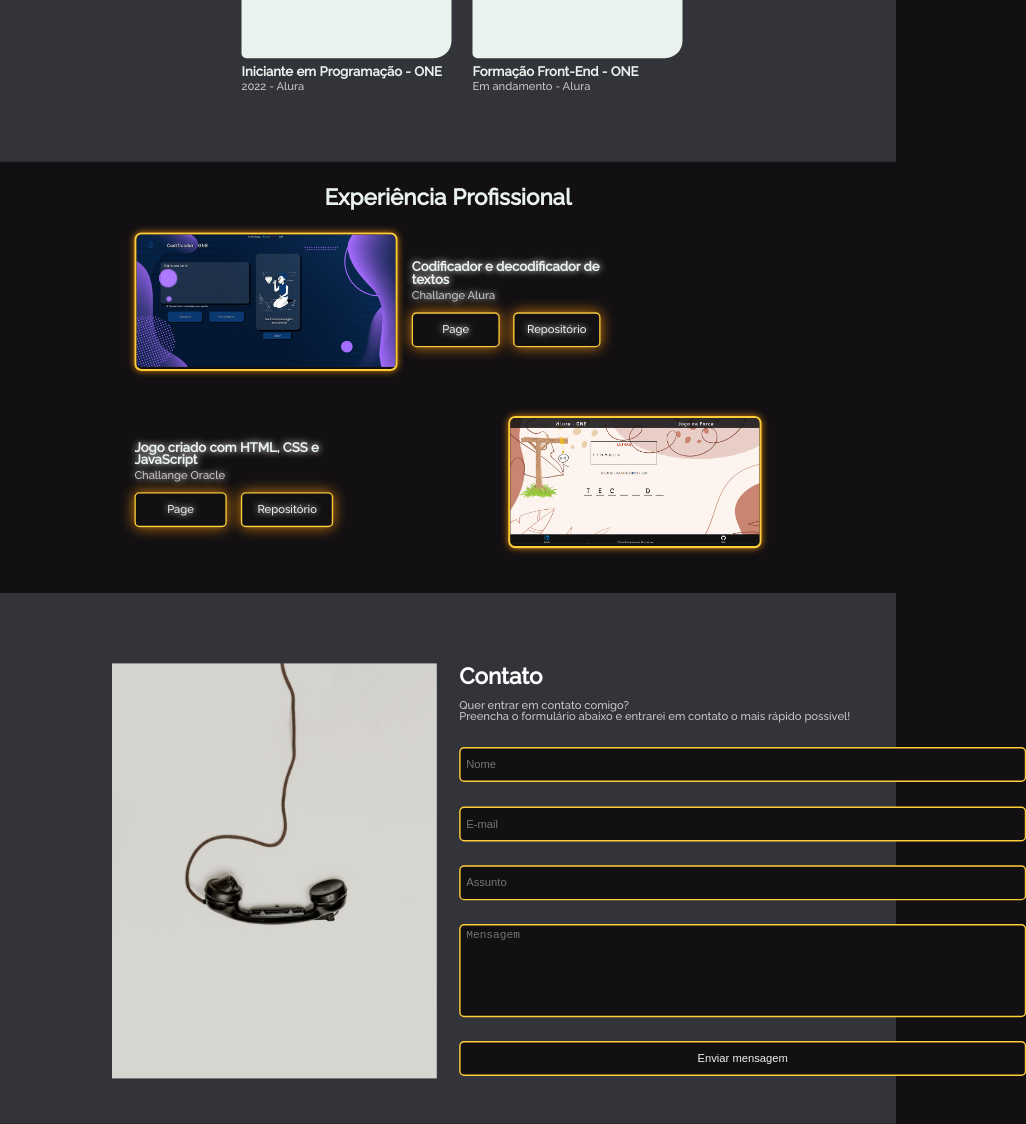
Repository: GabbLps/Portfolio
Page: index.html
An editor plug-in stored every save of this project. The page is shown before and after the next save, followed by the edit.
The browser window is 1280 px wide. The page is 1466 px wide, so the pictures cover 1466 px, including what lies to the right of the window. The pictures show the part of the page from y = 1913 to 3593 px (the page is 3518 px tall before and 3593 px after), at 70% of full size.

Above is the page before, as saved 2022-07-04 14:08:02.

### index.html
<!DOCTYPE html>
<html lang="en">
<head>
    <meta charset="UTF-8">
    <meta http-equiv="X-UA-Compatible" content="IE=edge">
    <meta name="viewport" content="width=device-width, initial-scale=1.0">

    <!-- Folha de estilo de CSS Linkado -->
    <link rel="stylesheet" href="style.css">

    <link rel="preconnect" href="https://fonts.googleapis.com">
    <link rel="preconnect" href="https://fonts.gstatic.com" crossorigin>

    <!-- Fonte do Projeto Raleway -->
    <link href="https://fonts.googleapis.com/css2?family=Raleway:wght@500&display=swap" rel="stylesheet">

    <title>Portifólio Pessoal</title>
</head>
<body>
    <!-- Menu Principal Header-->
        <header>
            <section class="menu">
                <img class="img__menu" src="assets\vector.png">
                <h3 class="menu__title">José Gabriel de Araújo Lopes</h3>
            </section>
            <nav>
                <ul class="menu__list">
                    <li class="menu__list__item"><a href="#sobremim">Sobre mim</a></li>
                    <li class="menu__list__item"><a href="#skills">Skills</a></li>
                    <li class="menu__list__item"><a href="#hobbies">Hobbies</a></li>
                    <li class="menu__list__item"><a href="#formacao">Formações e Cursos</a></li>
                    <li class="menu__list__item"><a href="#xp">Experiência</a></li>
                    <li class="menu__list__item"><a href="#contato"><b>jhosegabriel95@gmail.com</b></a></li>
                </ul>
            </nav>
        </header>

        <!-- Sessão de Title/Hero -->
        <section class="title">
            <div class="title__div">
                <img class="title__profile" src="assets\profile.jpg">
                <div class="title__container" id="#sobremim">
                    <h2 class="title__bio">Aooba!, me chamo <span>José Gabriel</span> e serei um futuro desenvolvedor!</h2>
                    <p class="title__subsection">No momento sou menor aprendiz na área de TI e estou participando do projeto Oracle ONE na Alura.</p>
                    <ul class="title__social__media">
                        <li class="title__social__media__item"><a href="https://github.com/GabbLps" target="_blank">Github <img src="assets\arrow.png"> </a></li>
                        <li class="title__social__media__item"><a href="https://www.linkedin.com/in/josegabrielalopes/" target="_blank">Linkedin <img src="assets\arrow.png"></a></li>
                        <li class="title__social__media__item"><a href="https://www.instagram.com/gabbriel.lps/" target="_blank">Instagram <img src="assets\arrow.png"></a></li>
                        <li class="title__social__media__item"><a href="curriculo.pdf" target="_blank">Curriculo <img src="assets\arrow.png"></a></li>
                    </ul>
                </div>
            </div>
        </section>

        <!-- Sessão sobre mim -->
        <section class="about">
            <div class="about__container">
                <h3 class="about__title">Sobre mim</h3>
                <p class="about__paragraph">Atualmente trabalhando como Menor Aprendiz na área de TI, meu foco é ser um desenvolvedor full stack, pretendo ingressar num curso tecnólogo em Análise e Desenvolvimento de Sistemas e me especializar no que eu mais gostar, com foco no back-end! </p>
                <p class="about__paragraph">Sou uma pessoa empenhada,
                    busco sempre melhorias, formas de automatizar as coisas, ou deixarem mais fáceis, inclusive tenho fácil aprendizagem e gosto de aprender coisas novas..</p>
            </div>
        </section>

        <!-- Sessão de Skills/Habilidades -->
        <section class="skills">
            <h3 class="skills__title" id="skills">Skills</h3>
                <div class="skills__content">
                    <div class="skills__caixa">
                        <ul>
                            <li class="skills__img"><img src="assets\htlm.png" alt=""></li>
                            <li class="skills__name">Html 5</li>
                        </ul>
                    </div>
                    <div class="skills__caixa">
                        <ul>
                            <li class="skills__img"> <img src="assets\css_icon.png" alt=""> </li>
                            <li class="skills__name">CSS</li>
                        </ul>
                    </div>
                    <div class="skills__caixa">
                        <ul>
                            <li class="skills__img"> <img src="assets\js_icon.png" alt=""></li>
                            <li class="skills__name">Javascript</li>
                        </ul>
                    </div>
                    <div class="skills__caixa">
                        <ul>
                            <li class="skills__img"></li>
                                <div class="gitehub">
                                    <img src="assets\git_icon.png" alt="" class="github">
                                    <img src="assets\github_icon.png" alt="" class="github">
                                </div>
                            <li class="skills__name">Git & GitHub</li>
                        </div>
                    </div>
                </div>
        </section>

        <!-- Sessão de Hobbies -->

        <section class="hobbies" id="hobbies">
            <h3 class="hobbies__title">Hobbies</h3>
                <div class="hobbies__content">
                    <div class="hobbies__caixa">
                        <ul>
                            <li class="hobbies__img"> <img src="assets\headphones_icon.png" alt=""></li>
                            <li class="hobbies__name">Ouvir música</li>
                        </ul>
                    </div>
                    <div class="hobbies__caixa">
                        <ul>
                            <li class="hobbies__img"><img src="assets\tv_icon.png" alt=""></li>
                            <li class="hobbies__name">Assistir</li>
                        </ul>
                    </div>
                    <div class="hobbies__caixa">
                        <ul>
                            <li class="hobbies__img"> <img src="assets\play_icon.png" alt=""> </li>
                            <li class="hobbies__name">Jogar</li>
                        </ul>
                    </div>
                    <div class="hobbies__caixa">
                        <ul>
                            <li class="hobbies__img"> <img src="assets\exercise_icon.png" alt=""> </li>
                            <li class="hobbies__name">Fazer exercícios</li>
                        </ul>
                    </div>
                    <div class="hobbies__caixa">
                        <ul>
                            <li class="hobbies__img"> <img src="assets\study_icon.png" alt=""> </li>
                            <li class="hobbies__name">Estudar</li>
                        </ul>
                    </div>
            </div>
        </section>

        <!-- Sessão Historico Acadêmico -->

        <section class="academic" id="academic">
            <div class="academic__container">
                <h3 class="academic__title">Formação</h3>
                <div class="academic__content">
                    <ul>
                        <li class="academic__item">
                            <div class="academic__item__img">
                                <img src="assets/alura_one.png" alt="">
                            </div>
                            <div class="academic__item__info">
                                <h3>Iniciante em Programação - ONE</h3>
                                <span>2022 - Alura</span>
                            </div>
                        </li>

                        <li class="academic__item">
                            <div class="academic__item__img">
                                <img src="assets/alura_one.png" alt="">
                            </div>
                            <div class="academic__item__info">
                                <h3>Formação Front-End - ONE</h3>
                                <span>Em andamento - Alura</span>
                            </div>
                        </li>
                    </ul>


                    </div>
                </div>
            </div>
        </section>

        <!-- Sessão de Experiência Profissional/Projetos-->

        <section id="projects">
            <div class="projects__container">
                <h3 class="projects__title">Experiência Profissional</h3>
                <div class="projects">
                    <div class="projects__content">
                        <div class="project__item">
                            <img src="/assets/decode_project.png" alt="">
                        </div>
                        <div class="project__info">
                            <h3>Codificador e decodificador de textos</h3>
                            <span>Challange Alura</span>
                            <div class="buttons">
                                <a href="https://gabblps.github.io/Decodificador-ONE-Challange-Alura/" target="_blank">Page</a>
                                <a href="https://github.com/GabbLps/Decodificador-ONE-Challange-Alura" target="_blank">Repositório</a>
                            </div>
                        </div>
                    </div>

                    <div class="projects__content">
                        <div class="project__info">
                            <h3>Jogo criado com HTML, CSS e JavaScript</h3>
                            <span>Challange Oracle</span>
                            <div class="buttons">
                                <a href="https://gabblps.github.io/Jogo-da-Forca-ONE-Challange-Alura/" target="_blank">Page</a>
                                <a href="https://github.com/GabbLps/Jogo-da-Forca-ONE-Challange-Alura" target="_blank">Repositório</a>
                            </div>
                        </div>
                        <div class="project__item">
                            <img src="/assets/forca_project.png" alt="">
                        </div>
                    </div>
                </div>
            </div>

        </section>

        <!-- Sessão Contato -->

        <section id="contact">
            <div class="contact__container">
                <div class="contact">
                    <img class="img__contact" src="assets/contact_image.png" alt="#">
                    <div class="contact__content">
                        <h3 class="contact__title">Contato</h3>
                        <p>Quer entrar em contato comigo?<br>
                            Preencha o formulário abaixo e entrarei em contato o mais rápido possível!
                        </p>
                        <form action="" class="formulario">
                            <input type="text" placeholder="Nome" minlength="3" maxlength="50" required>
                            <input type="email" placeholder="E-mail" required>
                            <input type="text" placeholder="Assunto" required>
                            <textarea placeholder="Mensagem" required></textarea>
                            <input type="submit" value="Enviar mensagem">
                        </form>
                    </div>
                </div>
            </div>
        </section>

        <!-- Footer -->
        <footer>

        </footer>
</body>
</html>

### style.css
:root{

    /* --cor-de-fundo: #F5F5F5;
    --cor-de-fundo-secundaria: #EAF2FD;
    --cor-de-link: #000;
    --cor-de-titulos: #464646;
    --cor-fundo-azul: #EAF2ED;
    --cor-titulos-principais: #000;
    --azul-botoes: #2A74E4;
    --cor-caixas: #FFF; */

    --cor-de-fundo: #121013;
    --cor-de-fundo-secundaria: #33343a;
    --cor-de-link: #FFCD38;
    --cor-hover: #d37d0c;
    --cor-de-titulos: #cac7c7;
    --cor-fundo-azul: #EAF2ED;
    --cor-titulos-principais: #fbfbfbe8;
    --azul-botoes: #2A74E4;
    --cor-caixas: #33343a;

    /* Cores legais
    5e666d
    33343a
     */
}

html {
    background-color: var(--cor-de-fundo);
}

body {
    box-sizing: border-box;
    background-color: var(--cor-de-fundo) ;
    font-family: 'Raleway';
    margin: 0;
    padding: 0;
    line-height: 1;
}

ol, ul,li {
    list-style: none;
}

a{
    text-decoration: none;
    color: var(--cor-de-link);
}
a:hover{
    color: var(--cor-hover);
}

/*Sessão Menu*/

header {
    display: flex;
    justify-content: space-between;
    align-items: center;
    align-content: flex-end;
    height: 10vh;
    width: auto;
    margin: 0 153px;
}

.menu {
    display: flex;
    align-items: center;
    font-weight: 700;
}

.menu__title {
    color: var(--cor-de-link);
    text-shadow: 0px 0px 15px #FFF;
}

header section img {
    margin-right: 13px;
    user-select: none;
}

/* Sessão lista de navegação  */

nav ul.menu__list {
    display: flex;
    justify-content: space-between;
    width: 780px;
    font-size: 16px;
    text-decoration: underline;
}

/*Sessão Title*/

div.title__div{
    display: flex;
    flex-direction: row-reverse;
    justify-content: space-around;
    align-content: center;
    margin: 0 auto;
}

div.title__container{
    width: 900px;
}

div.title__container h2{
    font-size: 56px;
    font-weight: 700;
    line-height: 65px;
}

section.title{
    margin: 32px 0;
}

div h2.title__bio{
    color: var(--cor-titulos-principais);
}

div h2.title__bio span {
    text-shadow: 0px 0px 30px var(--cor-de-link);
}

.title__subsection {
    font-size: 22px;
    color: var(--cor-de-titulos);
    font-weight: 400;
    line-height: 22px;
}

.title__profile{
    width: 368px;
    height: 368px;
    border-radius: 50%;
    border: solid 3px var(--cor-de-link);
    box-shadow: 0px 0px 12px 5px var(--cor-de-link);
    transition: 0.3s;
}

ul.title__social__media{
    display: flex;
    flex-direction: row;
    gap: 32px;
    padding: 0;
    font-weight: 500;
}

ul li.title__social__media__item{
    font-size: 16px;
    font-weight: 500;
}

/* Sessão about */

section.about{
    width: auto;
    height: 383px;
    background-color: var(--cor-de-fundo-secundaria);
    color: var(--cor-de-titulos);
    padding-top: 20px;
    padding-left: 150px;
}

/* Container sessão about me */

div.about__container{
    max-width: 920px;
}

.about__title {
    color: var(--cor-titulos-principais);
    font-size: 32px;
    font-weight: 700;
}

.about__paragraph{
    font-size: 16px;
    line-height: 16px;
    font-weight: 400;
    margin-bottom: 32px;
}

/* Sessão skills e hobbies */

section.hobbies {
    padding: 32px;
    padding-bottom: 100px;
}

/* TITULOS  */

.skills__title, .hobbies__title, .academic__title ,.projects__title {
    text-align: center;
    font-size: 32px;
    line-height: 37px;
    font-weight: 700;
    color: var(--cor-fundo-azul);
    margin-top: 32px;
}

div.skills__content, div.hobbies__content{
    display: flex;
    justify-content: center;
    gap: 15px;
}

div.skills__caixa, div.hobbies__caixa{
    display: flex;
    flex-direction: column;
    justify-content: flex-end;
    align-items: flex-start;
    width: 176px;
    height: 174px;
    border-radius: 5px 20px;
    background-color: var(--cor-caixas);
    background-color: var(--cor-de-fundo-secundaria);
    font-weight: bold;
    padding: 0;
}

section.skills div ul, section.hobbies div ul{
    display: flex;
    flex-direction: column;
    gap: 8px;
    margin: 0;
    padding-left: 25px;
    padding-bottom: 22px;
}

.skills__name, .hobbies__name{
    color: var(--cor-titulos-principais);
}

 /* Icones skills */

 .gitehub{
    display: flex;
    justify-content: space-between;
 }
.github{
    width: 32px;
 }

/* Icones hobbies */
.hobbies__img img{
    width: 32px;
}


/* Sessão acadêmica */

.academic__container h3{
    margin-top: 0;
}

.academic__container{
    padding-top: 32px;
    padding-bottom: 80px;
    background-color: var(--cor-de-fundo-secundaria);
}

.academic .academic__title{
    text-align: center;
    font-size: 32px;
    line-height: 37px;
    font-weight: 700;
    color: var(--cor-fundo-azul);
}

.academic__content ul{
    display: flex;
    justify-content: center;
    gap: 30px;
    text-align: left;
}

.academic__item__img{
    display: flex;
    justify-content: center;
    align-items: center;
    width: 300px;
    height: 300px;
    margin-bottom: 8px;
    border-radius: 25px 7px;
    background-color: var(--cor-fundo-azul);
}

.academic__item__img img {
    width: 262px;
    height: 60px;
    margin-left: 37px;
}

.academic__item__info{
    color: var(--cor-fundo-azul);
    line-height: 22px;
}

.academic__item__info h3{
    margin: 0;
}

.academic__item__info span{
    color: var(--cor-de-titulos);
}

/* Experiência Profissional */

.projects__title{
    margin: 32px 0;
    display: block;
}

.projects{
    display: flex;
    flex-direction: column;
    width: 70%;
    margin: 0 auto;
}

.projects__content {
    margin-bottom: 64px;
    display: flex;
    gap: 20px;
    text-shadow: 0px 0px 10px #FFF;

}

.project__item{
    width: 50%;
    border: 3px solid var(--cor-de-link);
    border-radius: 10px;
    overflow: hidden;
    transition: 0.2s;
    box-shadow: 0px 0px 10px var(--cor-hover);
}

.project__item:hover {
    border-color: var(--cor-hover);
}

.project__item img{
    width: 100%;
    height: auto;
}

.project__info{
    display: flex;
    flex-direction: column;
    justify-content: center;
    padding-right: 230px;
    color: var(--cor-fundo-azul);
}

.project__info h3{
    margin: 5px 0;
}

.project__info span {
    color: var(--cor-de-titulos);
    margin-bottom: 1em;
}

.projects__content .buttons {
    display: flex;
    justify-content: space-between;
}


.projects__content a{
    width: 45%;
    padding: 15px 0;
    font-size: 16px;
    text-align: center;
    font-weight: lighter;
    border: 2px solid var(--cor-de-link);
    border-radius: 7px;
    box-shadow: 0px 0px 20px var(--cor-hover);
    background-color: rgba(0, 0, 0, 0);
    color: var(--cor-fundo-azul);
    transition: 0.3s;
    cursor: pointer;
}

.projects__content a:hover{
    border-radius: 20px;
    border-color: var(--cor-hover);
}

/* Contato */

#contact {
    display: flex;
    justify-content: space-between;
    background-color: var(--cor-de-fundo-secundaria);
}

.contact__container {
    display: flex;
    width: 75%;
    margin: 0 auto;
    padding-top: 100px;
    padding-bottom: 64px;
}

.contact{
    display: flex;
    gap: 2em;
}

.contact__title {
    font-size: 32px;
    line-height: 37px;
    font-weight: 700;
    color: var(--cor-fundo-azul);
    margin-top: 32px;
    margin-bottom: 5px;
}

.contact__content {
    color: var(--cor-fundo-azul);
}

.contact__content h3{
    color:#FFF;
    margin: 0;
}

.contact__content p{
    color: var(--cor-de-titulos);
    margin-bottom: 35px;
    width: 810px;
}

.formulario {
    display: flex;
    flex-direction: column;
    gap: 15px;
    height: 470px;
    justify-content: space-between;
}

.formulario input, .formulario textarea {
    box-sizing: border-box;
    width: 100%;
    height: 50px;
    padding: 5px 0.5em;
    font-size: 16px;
    font-weight: lighter;
    border: 2px solid var(--cor-de-link);
    border-radius: 7px;
    background-color: var(--cor-de-fundo);
    color: var(--cor-fundo-azul);
    transition: 0.3s;
}

.formulario textarea {
    height: 133px;
    resize: none;
}

/* Footer */

footer {
    background-color: var(--cor-de-fundo);
}

After the next save:
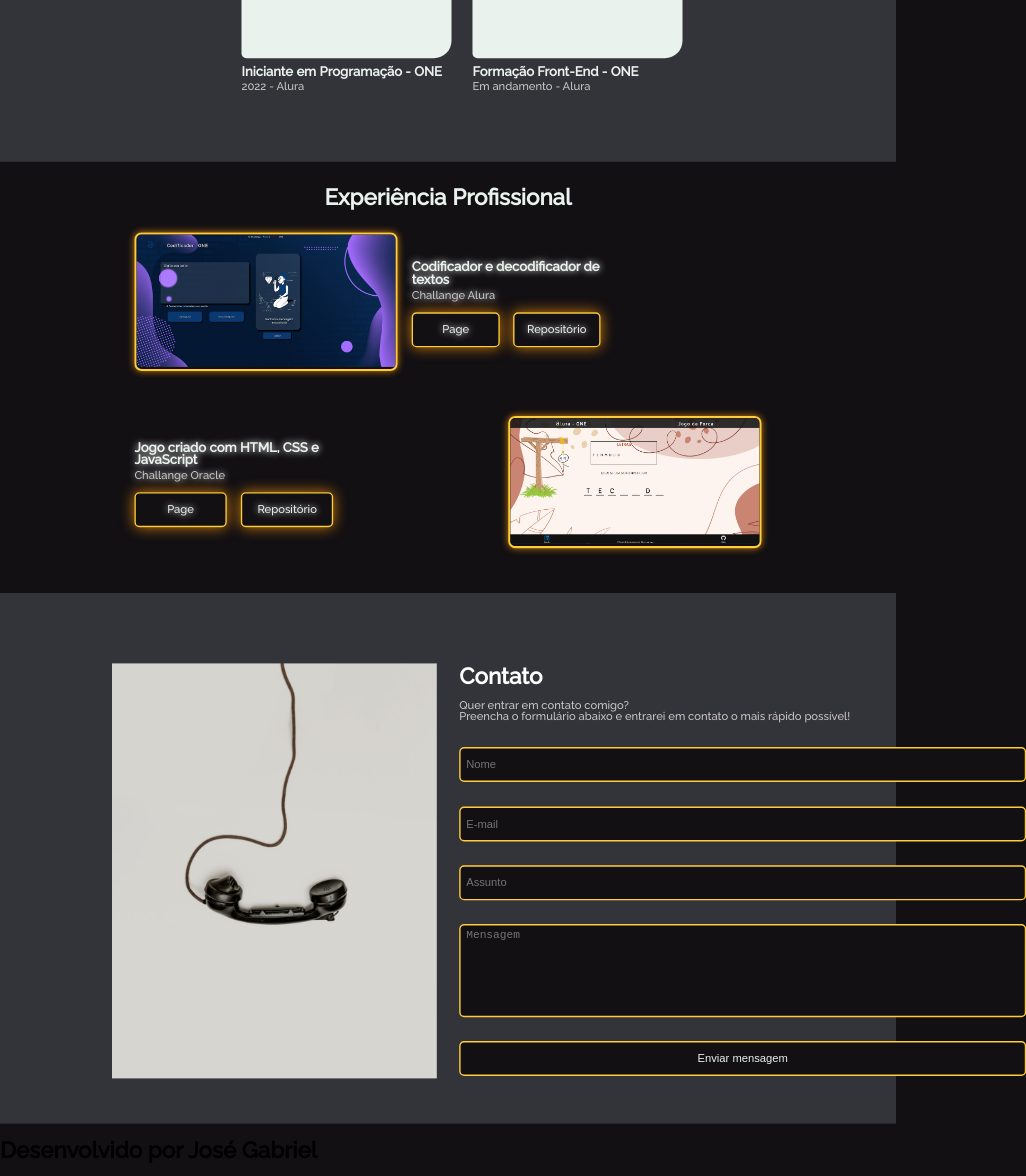
Saved 22 s later.
--- a/index.html
+++ b/index.html
@@ -232,7 +232,7 @@
 
         <!-- Footer -->
         <footer>
-
+            <h1>Desenvolvido por José Gabriel</h1>
         </footer>
 </body>
 </html>
